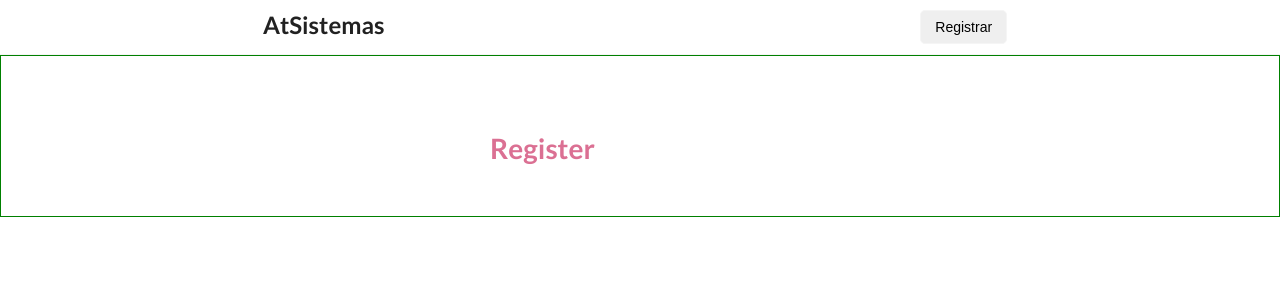
Repository: banchiec/atsistemas
Page: /site/register-site
The author's editor kept a copy of each file at every save. The page is drawn from the files as they stood at one save, then again after the next save.
The browser window is 1280 px wide. The pictures show the whole page.
The project was rebuilt for these pictures with package versions that can differ from the ones it lists, and the page was loaded fresh each time. Also part of the build but not shown: src/components/SiteCard/SiteCard.js, src/redux/actions/sitesActions.js, src/screens/SiteScreen/SiteScreen.js, src/screens/SiteDetailsScreen/SiteDetailsScreen.js.

Above is the page before, as saved 2022-08-16 14:06:38.

### src/index.js
import React from "react";
import ReactDOM from "react-dom";
import App from "./App";
import store from "./redux/store";
import { Provider } from "react-redux";

ReactDOM.render(
  <React.StrictMode>
    <Provider store={store}>
      <App />
    </Provider>
  </React.StrictMode>,
  document.getElementById("root")
);

### src/App.js
import React from "react";
import { BrowserRouter as Router, Switch, Route } from "react-router-dom";
import SiteScreen from "./screens/SiteScreen/SiteScreen";
import SiteDetailsScreen from './screens/SiteDetailsScreen/SiteDetailsScreen'
import Header from "./components/Header/Header";
import "./App.css";
import RegisterSiteScreen from "./screens/RegisterSiteScreen/RegisterSiteScreen";

function App() {
  return (
    <div className="App">
      <Header/>
      <Router>
        <Switch>
          <Route path="/" exact component={SiteScreen} />
          <Route path="/site/register-site" exact component={RegisterSiteScreen} />
          <Route path="/site/:siteId" exact component={SiteDetailsScreen} />
          <Route>404 Not Found!</Route>
        </Switch>
      </Router>
    </div>
  );
}

export default App;

### src/components/Header/Header.js
import {ContainerHeader} from './headerStyled'

const Header = () => {
  function handleClick(){
    console.log("Object");
  }
	return(
    <ContainerHeader>
      <div>
        <h2>AtSistemas</h2>
      </div>
      <div>
        <button onClick={handleClick}>Registrar</button>
      </div>
    </ContainerHeader>
	)
}
export default Header

### src/App.css
* {
  font-family: "Roboto", sans-serif;
  padding: 0;
  margin: 0;
}

.ui.cards > .card > .image {
  height: 250px;
  padding: 20px;
  background: #fff;
  margin: auto;
}
.ui.cards > .card > .image > img {
  height: 100%;
  max-width: 100%;
  width: auto;
}
.ui.cards > .card > .content > .header {
  height: 48px;
  overflow: hidden;
  margin-bottom: 5px;
}
.ui.cards > .card > .content > .list{
  height: 36px;
  margin-bottom: 0px;
  overflow: hidden;
}
.ui.cards > .card .meta.name{
  margin-bottom: 5px;
  font-size: 18px;
  color: #333;
  font-weight: 600;
}

.ui.cards > .card .meta.name> a {
  font-size: 1.3rem;
  color: #222;
}

.ui.menu.fixed {
  height: 60px;
  padding-top: 15px;
}

.ui.grid.container {
  margin-top: 200px;
}

.ui.grid > .row {
  background: #fff;
}
.ui.grid > .row > .column.lp {
  padding: 20px 40px 20px 20px;
  align-self: flex-start !important;
}
.ui.grid > .row > .column.rp {
  padding: 20px 20px 20px 40px;
  text-align: left;
  align-self: flex-start !important;
}

.ui.grid > .row > .column > img,
.ui.grid > .row > img {
  height: 100%;
}
.ui.placeholder .header:not(:first-child):before,
.ui.placeholder .image:not(:first-child):before,
.ui.placeholder .paragraph:not(:first-child):before {
  display: none;
}

.ui.label,
.ui.labels .label {
  font-size: 22px;
}

.column.rp h1 {
  color: #333;
}
.column.rp p {
  font-size: 18px;
  color: #777;
}
.ui.placeholder.segment .column .button,
.ui.placeholder.segment .column .field,
.ui.placeholder.segment .column textarea,
.ui.placeholder.segment .column > .ui.input {
  background-color: #ff3e6c;
  border: 1px solid #ff3e6c;
  color: #fff;
  font-size: 18px;
  margin-left: 0;
}

### src/screens/RegisterSiteScreen/RegisterSiteScreen.js
import { ContainerRegisterSiteScreen, FormControl, Label } from "./registerSiteScreenStyled"

const RegisterSiteScreen = () => {

	const handleSubmit = () => {
		console.log("object");
	}
	return(
		<ContainerRegisterSiteScreen>
			<FormControl>
				<Label htmlFor="label">
				</Label>
				<form onSubmit={handleSubmit}>
				</form>
				<h1>Register</h1>
			</FormControl>
		</ContainerRegisterSiteScreen>
	)
}
export default RegisterSiteScreen

### src/redux/reducers/index.js
import { combineReducers } from "redux";
import { sitesReducer, selectedSiteReducer } from "./sitesReducer";
const reducers = combineReducers({
  allSites: sitesReducer,
  site: selectedSiteReducer,
});
export default reducers;

### src/components/Header/headerStyled.js
import styled from 'styled-components'

const ContainerHeader = styled.div`
	display: flex;
	flex-direction: row;
	border-bottom: 1px solid whitesmoke;
	justify-content: space-around;
	div {
		padding: 10px;
		button{
			border-radius: 5px;
			padding: 8px 14px 8px 14px;
			border: 1px solid whitesmoke;
			margin: 0px 10px 0px 10px;
			:hover {
				background: black ;
				color: white;
				transition: 1s ease-out;
			}
		}
	}
`
export {
	ContainerHeader
}

### src/screens/RegisterSiteScreen/registerSiteScreenStyled.js
import styled, { isStyledComponent } from "styled-components";

export const ContainerRegisterSiteScreen = styled.div`
	display: flex;
	flex-direction: row;
	justify-content: center;
	border: 1px solid green;
`
export const FormControl = styled.div`
	color: palevioletred;
	display: block;
	width: 300px;
	margin: 50px auto;
`
export const Label = styled.label`
	display: block;
	margin-bottom: 0.5em;
	color: palevioletred;
`
export const Input = styled.input`
	padding:  0.5em;
	color: palevioletred;
	background:  papayawhip;
	border: none;
	border-radius: 3px;
	width: 100%;
	margin-bottom: 0.5em;
`
export const Message = styled.label`
	margin-bottom: 0.5em;
	color: palevioletred;
	display: block;
`

### src/redux/reducers/sitesReducer.js
import { ActionTypes } from "../constants/action-types";
const intialState = {
  sites: [],
};

export const sitesReducer = (state = intialState, { type, payload }) => {
  switch (type) {
    case ActionTypes.SET_SITES:
      return {
        ...state,
        sites: payload
      };
    default:
      return state;
  }
};

export const selectedSiteReducer = (state = {}, { type, payload }) => {
  switch (type) {
    case ActionTypes.SELECTED_SITE:
      return {
        ...state,
        ...payload
      };
    case ActionTypes.REMOVE_SELECTED_SITE:
      return {};
    default:
      return state;
  }
};

### src/redux/constants/action-types.js
export const ActionTypes = {
  FETCH_SITES: 'FETCH_SITES',
  SET_SITES: "SET_SITES",
  SELECTED_SITE: "SELECTED_SITE",
  REMOVE_SELECTED_SITE: "REMOVE_SELECTED_SITE",
};

Loaded but not shown: public/index.html (common file); src/redux/store.js (common file)

After the next save:
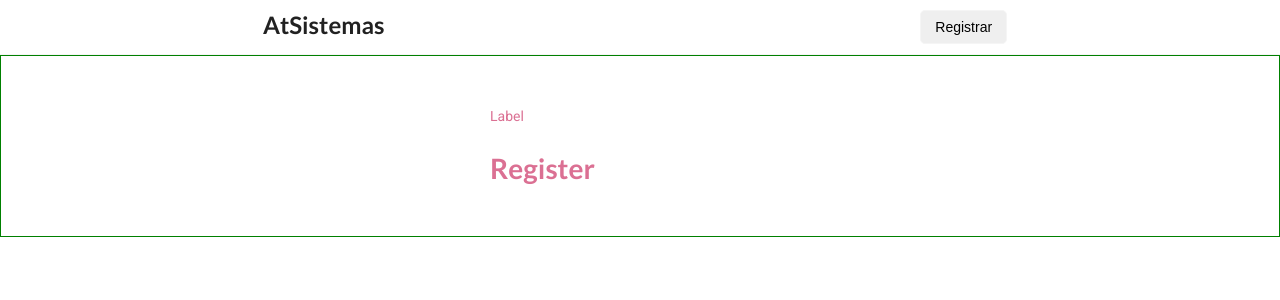
Saved 11 s later.
--- a/src/screens/RegisterSiteScreen/RegisterSiteScreen.js
+++ b/src/screens/RegisterSiteScreen/RegisterSiteScreen.js
@@ -9,6 +9,7 @@ const RegisterSiteScreen = () => {
 		<ContainerRegisterSiteScreen>
 			<FormControl>
 				<Label htmlFor="label">
+					Label
 				</Label>
 				<form onSubmit={handleSubmit}>
 				</form>
